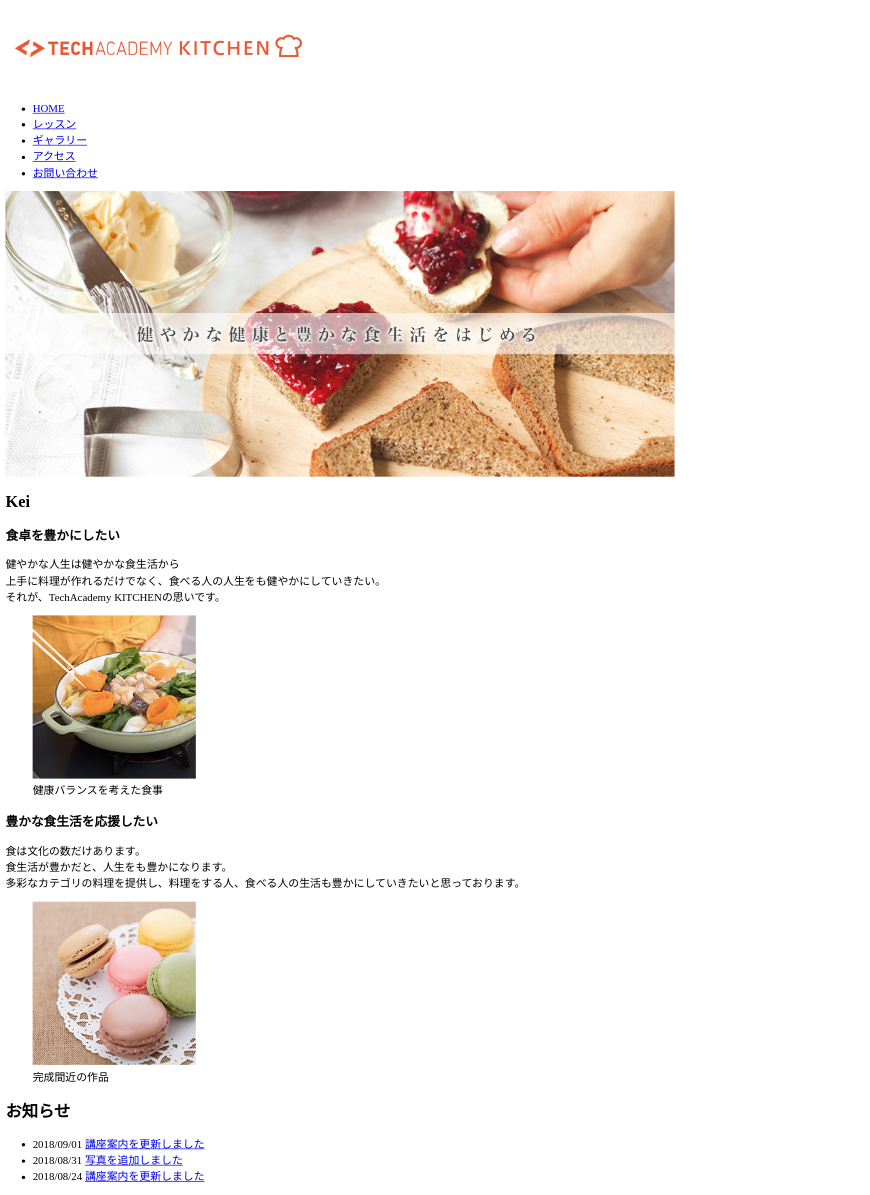
Repository: keifujisawa12345/first-git2
Page: kitchen.html
The author's editor kept a record of every edit. The page is drawn from the files as they stood at one moment, then again after the next edit.
The browser window is 1280 px wide. The pictures show the whole page, at 68% of full size.

Above is the page before.

### kitchen.html
<!DOCTYPE html>
<html lang="ja">

<head>
    <meta charset="UTF-8">
    <title>Kei KITCHEN</title>
</head>

<body>
    <!---->
    <header>
        <h1><a href="kitchen.html"><img src="images_kitchen/logo.png" alt="Kei KITCHEN"</a></h1>
        <nav ud="global_navi">
            <ul>
                <li class="current"><a href="kitchen.html">HOME</a></li>
                <li><a href="lesson.html">レッスン</a></li>
                <li><a href="gallery.html">ギャラリー</a></li>
                <li><a href="access.html">アクセス</a></li>
                <li><a href="contact.html">お問い合わせ</a></li>
            </ul>
        </nav>
    </header>

    <!---->
    <div id="main_visual">
        <img src="images_kitchen/main_visual.jpg" alt="健やかな健康と豊かな食生活をはじめる">
    </div>

    <!---->
    <div id="wrapper ">
        <div id="main">
            <h2>Kei</h2>
            <section>
                <h3>食卓を豊かにしたい</h3>
                <div class="point">
                    <p>
                        健やかな人生は健やかな食生活から<br> 上手に料理が作れるだけでなく、食べる人の人生をも健やかにしていきたい。
                        <br> それが、TechAcademy KITCHENの思いです。
                    </p>
                    <figure>
                        <img src="images_kitchen/photo01.jpg" alt="TechAcademy KITCHENについて1">
                        <figcaption>健康バランスを考えた食事</figcaption>
                    </figure>
                </div>
            </section>
            <section>
                <h3>豊かな食生活を応援したい</h3>
                <div class="point">
                    <p>
                        食は文化の数だけあります。<br> 食生活が豊かだと、人生をも豊かになります。 <br> 多彩なカテゴリの料理を提供し、料理をする人、食べる人の生活も豊かにしていきたいと思っております。
                    </p>
                    <figure>
                        <img src="images_kitchen/photo02.jpg" alt="TechAcademy KITCHENについて2">
                        <figcaption>完成間近の作品</figcaption>
                    </figure>
                </div>
            </section>

            <!---->
            <section id="news">
                <h2>お知らせ</h2>
                <ul>
                    <li>
                        <span>2018/09/01</span>
                        <a href="course.html">講座案内を更新しました</a>
                    </li>
                    <li>
                        <span>2018/08/31</span>
                        <a href="gallery.html">写真を追加しました</a>
                    </li>
                    <li>
                        <span>2018/08/24</span>
                        <a href="course.html">講座案内を更新しました</a>
                    </li>
                </ul>
            </section>


        </div>
    </div>

    <aside id="sidebar ">
    </aside>

    <footer>

    </footer>
</body>

</html>

After the next edit:
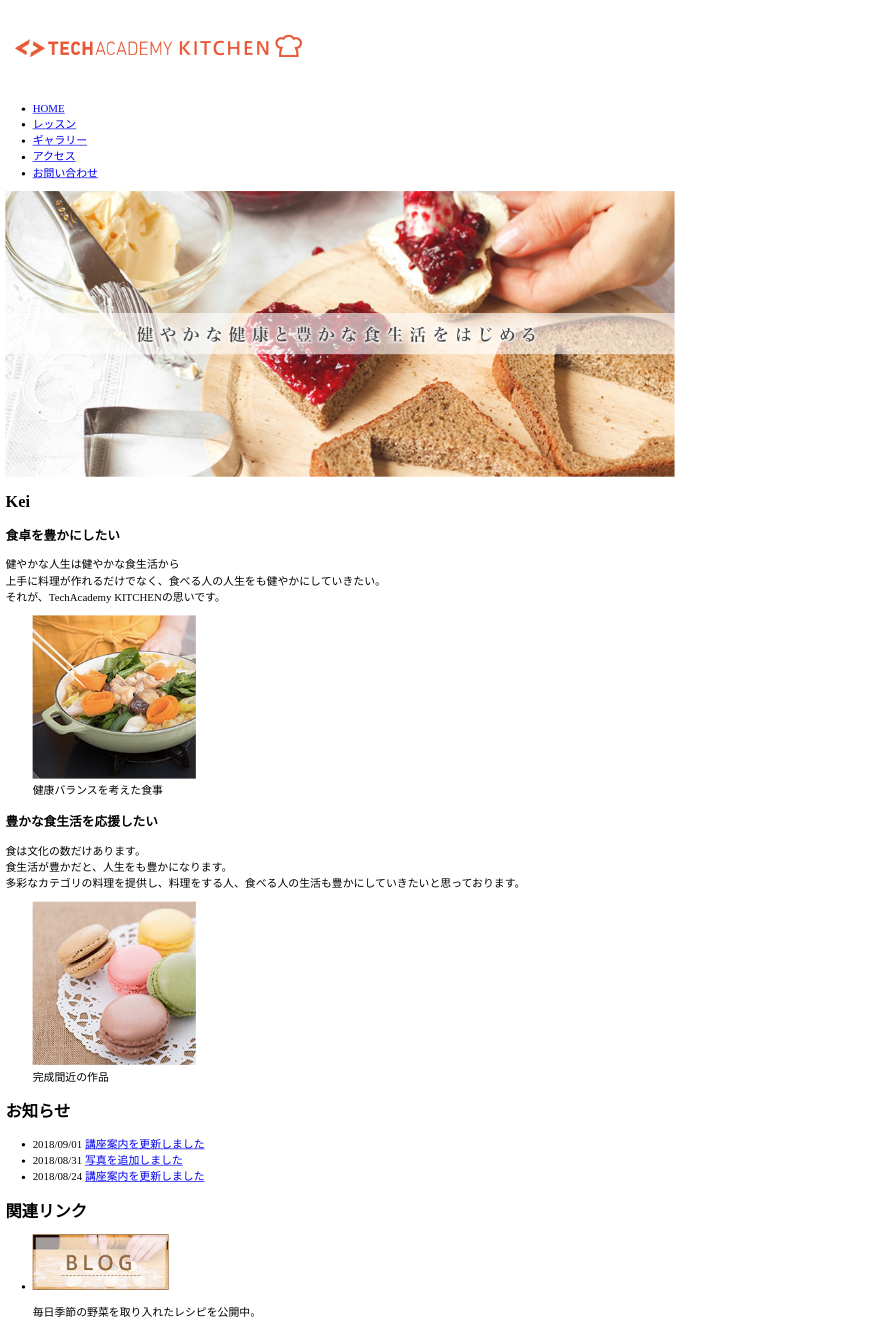
The edit:
--- a/kitchen.html
+++ b/kitchen.html
@@ -79,7 +79,17 @@
         </div>
     </div>
 
+    <!---->
     <aside id="sidebar ">
+        <section id="side_banner">
+            <h2>関連リンク</h2>
+            <ul>
+                <li>
+                    <a href="https://techacademy.jp/magazine/" target="_blank"><img src="images_kitchen/banner01.jpg" alt="ブログ"></a>
+                    <p>毎日季節の野菜を取り入れたレシピを公開中。</p>
+                </li>
+            </ul>
+        </section>
     </aside>
 
     <footer>
